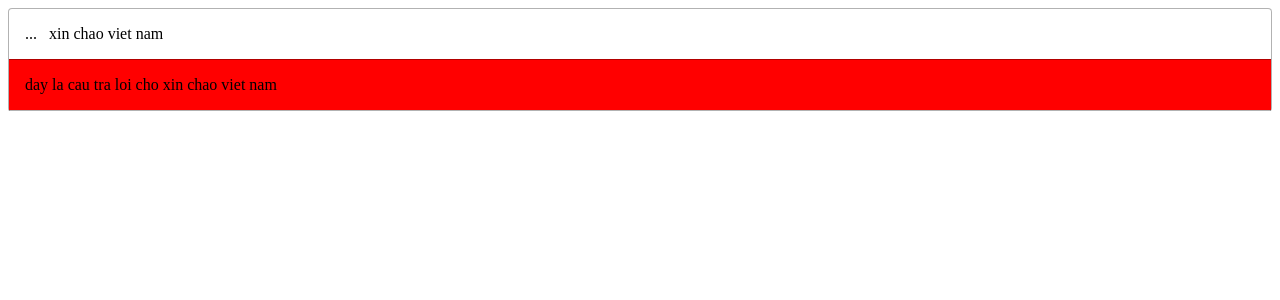
Repository: AOY311/DuckEdu
Page: test2.html
An editor plug-in stored every save of this project. The page is shown before and after the next save, followed by the edit.
The browser window is 1280 px wide. The pictures show the whole page.
After loading, the first visible `div.accordion__item` was clicked once.

Above is the page before, as saved 2021-10-31 14:13:57.

After the next save:
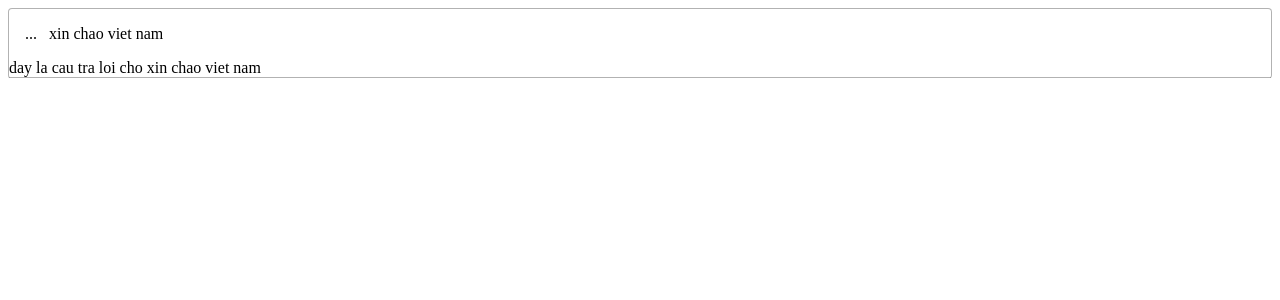
Saved 76 s later.
--- a/test2.html
+++ b/test2.html
@@ -75,7 +75,7 @@
 </body>
 <script>
     function showComment(obj) {
-        $(obj).children().last().css("background", "red");
+        $(obj).children().last().attr("class", ".accordion__content--selected");
     }
 </script>
 
